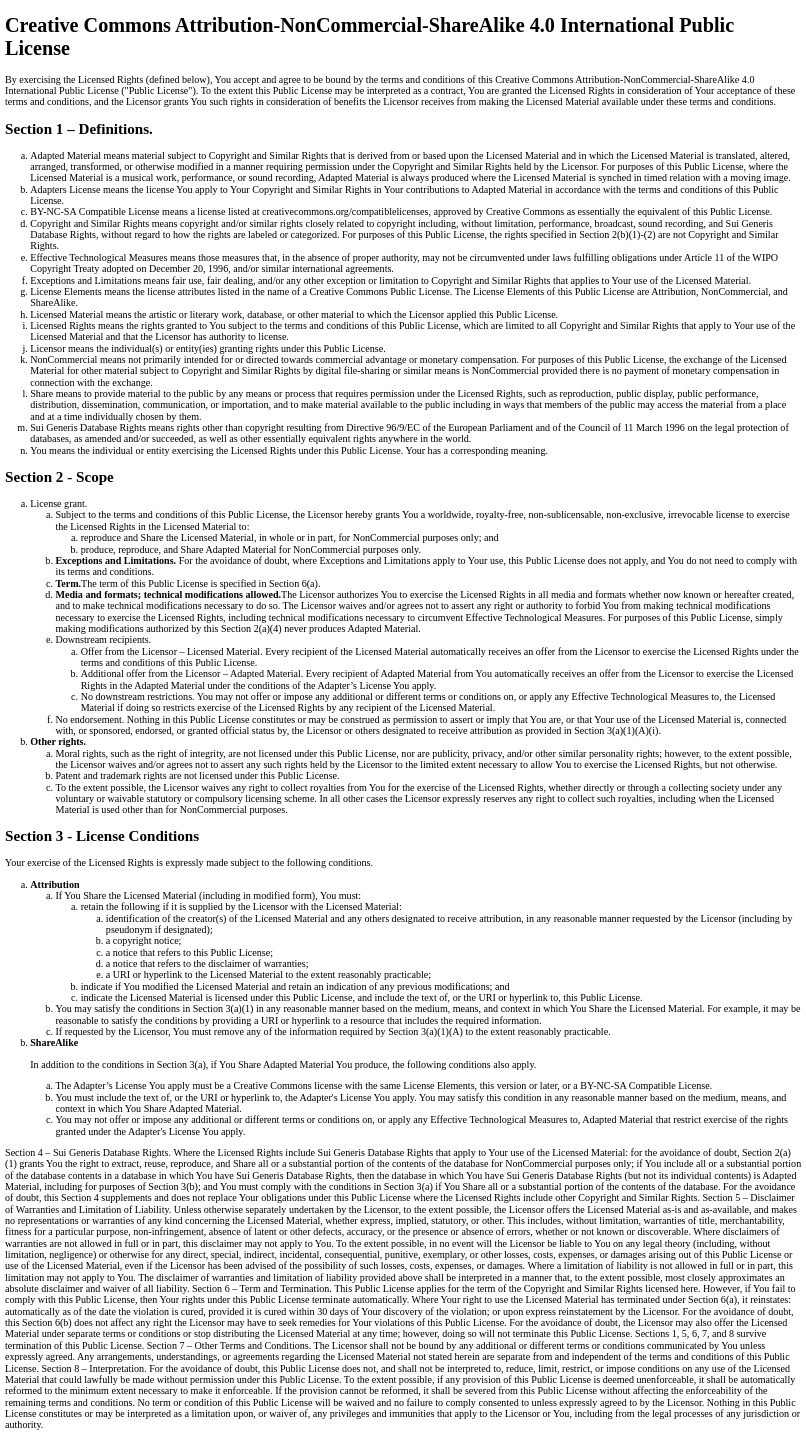
Repository: Team-Ikigami/Ascendance
Page: LICENSE-CC BY-NC-SA.html
An editor plug-in stored every save of this project. The page is shown before and after the next save, followed by the edit.
The browser window is 1280 px wide. The pictures show the whole page, at 63% of full size.

Above is the page before, as saved 2021-12-12 01:55:03.

After the next save:
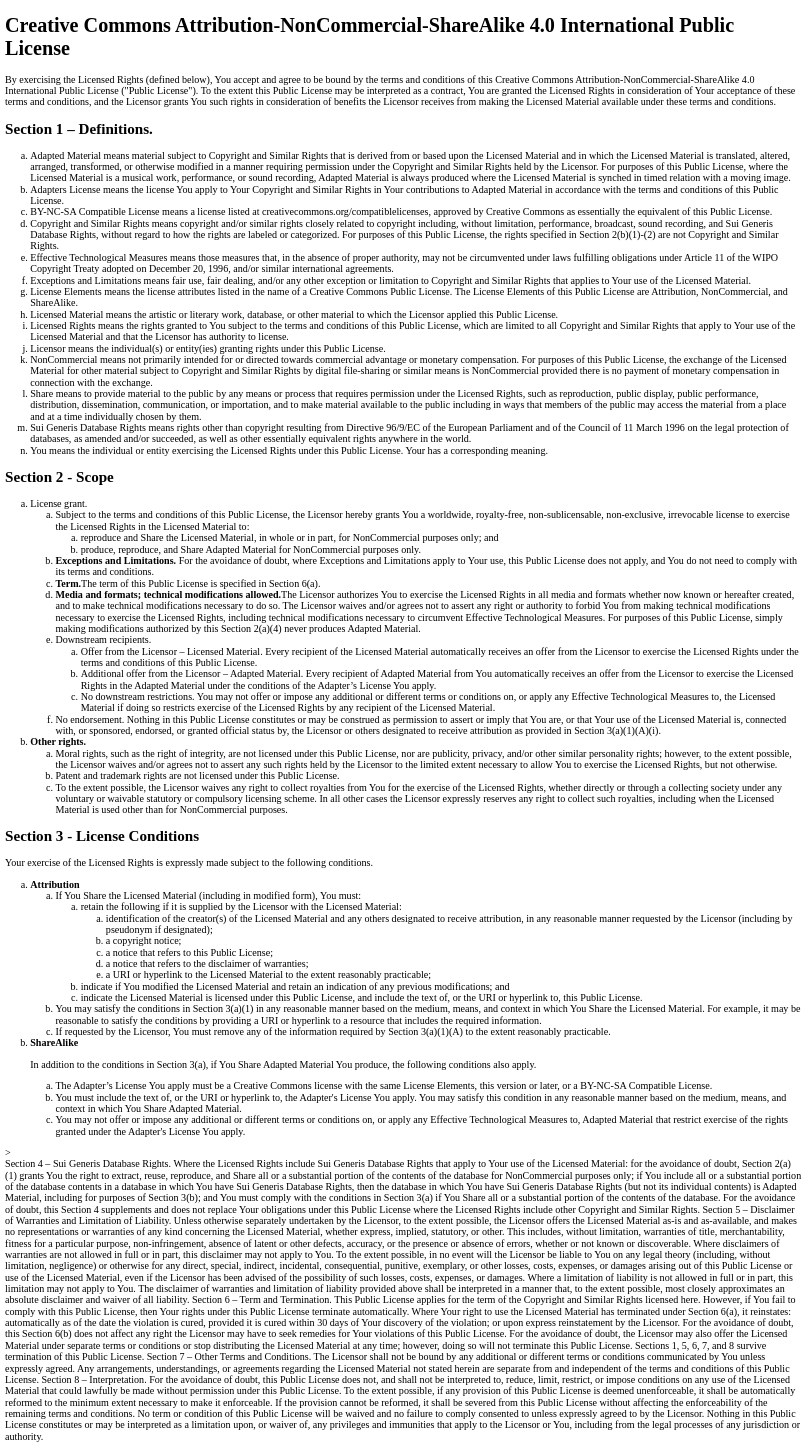
Saved 21 s later.
--- a/LICENSE-CC BY-NC-SA.html
+++ b/LICENSE-CC BY-NC-SA.html
@@ -63,39 +63,41 @@
 			</ol>
 		</li>
 	</ol>
-	<h2>Section 3 - License Conditions</h2>
-	Your exercise of the Licensed Rights is expressly made subject to the following conditions.
-	<ol>
-		<li><b>Attribution</b>
-			<ol>
-				<li>If You Share the Licensed Material (including in modified form), You must:
-					<ol>
-						<li>retain the following if it is supplied by the Licensor with the Licensed Material:
-							<ol>
-								<li>identification of the creator(s) of the Licensed Material and any others designated to receive attribution, in any reasonable manner requested by the Licensor (including by pseudonym if designated);</li>
-								<li>a copyright notice;</li>
-								<li>a notice that refers to this Public License;</li>
-								<li>a notice that refers to the disclaimer of warranties;</li>
-								<li>a URI or hyperlink to the Licensed Material to the extent reasonably practicable;</li>
-							</ol>
-						</li>
-						<li>indicate if You modified the Licensed Material and retain an indication of any previous modifications; and</li>
-						<li>indicate the Licensed Material is licensed under this Public License, and include the text of, or the URI or hyperlink to, this Public License.</li>
-					</ol>
-				</li>
-				<li>You may satisfy the conditions in Section 3(a)(1) in any reasonable manner based on the medium, means, and context in which You Share the Licensed Material. For example, it may be reasonable to satisfy the conditions by providing a URI or hyperlink to a resource that includes the required information.</li>
-				<li>If requested by the Licensor, You must remove any of the information required by Section 3(a)(1)(A) to the extent reasonably practicable.</li>
-			</ol>
-		</li>
-		<li><b>ShareAlike</b>
-			<p>In addition to the conditions in Section 3(a), if You Share Adapted Material You produce, the following conditions also apply.</p>
-			<ol>
-				<li>The Adapter’s License You apply must be a Creative Commons license with the same License Elements, this version or later, or a BY-NC-SA Compatible License.</li>
-				<li>You must include the text of, or the URI or hyperlink to, the Adapter's License You apply. You may satisfy this condition in any reasonable manner based on the medium, means, and context in which You Share Adapted Material.</li>
-				<li>You may not offer or impose any additional or different terms or conditions on, or apply any Effective Technological Measures to, Adapted Material that restrict exercise of the rights granted under the Adapter's License You apply.</li>
-			</ol>
-		</li>
-	</ol>
+	<div>
+		<h2>Section 3 - License Conditions</h2>
+		Your exercise of the Licensed Rights is expressly made subject to the following conditions.
+		<ol>
+			<li><b>Attribution</b>
+				<ol>
+					<li>If You Share the Licensed Material (including in modified form), You must:
+						<ol>
+							<li>retain the following if it is supplied by the Licensor with the Licensed Material:
+								<ol>
+									<li>identification of the creator(s) of the Licensed Material and any others designated to receive attribution, in any reasonable manner requested by the Licensor (including by pseudonym if designated);</li>
+									<li>a copyright notice;</li>
+									<li>a notice that refers to this Public License;</li>
+									<li>a notice that refers to the disclaimer of warranties;</li>
+									<li>a URI or hyperlink to the Licensed Material to the extent reasonably practicable;</li>
+								</ol>
+							</li>
+							<li>indicate if You modified the Licensed Material and retain an indication of any previous modifications; and</li>
+							<li>indicate the Licensed Material is licensed under this Public License, and include the text of, or the URI or hyperlink to, this Public License.</li>
+						</ol>
+					</li>
+					<li>You may satisfy the conditions in Section 3(a)(1) in any reasonable manner based on the medium, means, and context in which You Share the Licensed Material. For example, it may be reasonable to satisfy the conditions by providing a URI or hyperlink to a resource that includes the required information.</li>
+					<li>If requested by the Licensor, You must remove any of the information required by Section 3(a)(1)(A) to the extent reasonably practicable.</li>
+				</ol>
+			</li>
+			<li><b>ShareAlike</b>
+				<p>In addition to the conditions in Section 3(a), if You Share Adapted Material You produce, the following conditions also apply.</p>
+				<ol>
+					<li>The Adapter’s License You apply must be a Creative Commons license with the same License Elements, this version or later, or a BY-NC-SA Compatible License.</li>
+					<li>You must include the text of, or the URI or hyperlink to, the Adapter's License You apply. You may satisfy this condition in any reasonable manner based on the medium, means, and context in which You Share Adapted Material.</li>
+					<li>You may not offer or impose any additional or different terms or conditions on, or apply any Effective Technological Measures to, Adapted Material that restrict exercise of the rights granted under the Adapter's License You apply.</li>
+				</ol>
+			</li>
+		</ol>>
+	</div>
 </body>
 </html>
 
